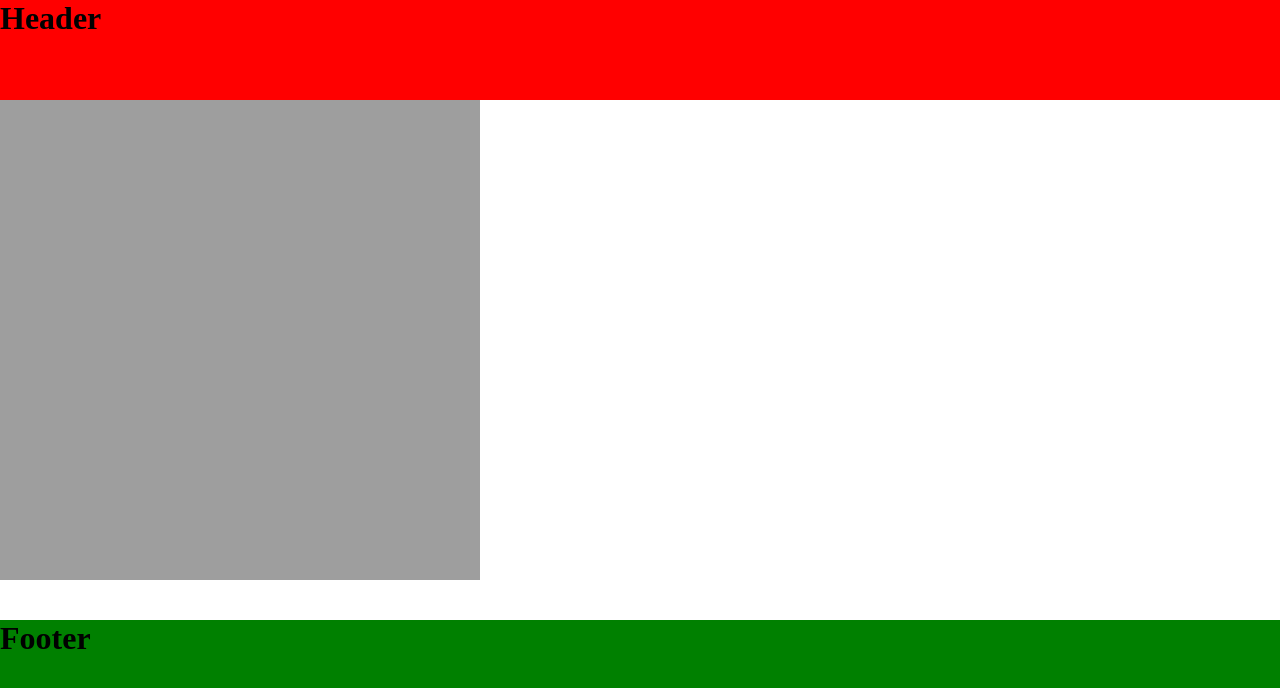
Repository: jameswilky/chess
Page: index.html
The author's editor kept a copy of each file at every save. The page is drawn from the files as they stood at one save, then again after the next save.
The browser window is 1280 px wide. The pictures show the whole page.

Above is the page before, as saved 2018-11-22 08:29:56.

### index.html
<!DOCTYPE html>
<html>

<head>
    <meta charset="utf-8" />
    <title>Chess</title>
    <link href="style.css" rel="stylesheet">
</head>

<body>

    <div class="wrapper">
        <header>
            <h1>Header</h1>

        </header>
    </div>
    <div class="main">
        <div class="game">
            <canvas id="board"></canvas>
            <canvas id="markers"></canvas>
            <canvas id="chessmen_layer"></canvas>
        </div>
    </div>
    <footer>
        <h1>Footer</h1>
    </footer>
    </div>





</body>

<script src="board.js"></script>
<script src="chessmen.js"></script>
<script src="mouse.js"></script>
<script src="game.js"></script>

</html>

### style.css
* {
  padding: 0;
  margin: 0;
}

.main{
 position: absolute;
 top: 100px;
 bottom: 100px;
}

.game{
  position: absolute;
  height: 480px;
  width: 480px;
}

#board {
  left : 0; z-index:0; position: absolute;
}

#markers {
  left : 0; z-index:0; position: absolute;
}

#chessmen_layer {
 left : 0; z-index:1; position: absolute;
}

header{
  position: absolute;
  background-color: red;
  top:0;
  right: 0;
  left: 0;
  height: 100px;
}

footer{
  position: fixed;
  right: 0;
  left: 0;
  background-color: green;
  height: 100px;
  bottom: 0;
}

### board.js
//Define globals
const WIDTH = 480;
const HEIGHT = 480;
const N = 8;
const TILE_SIZE = HEIGHT / N; // 60

//Define board canvas
const board = document.getElementById("board");
const board_ctx = board.getContext("2d");
board.height = HEIGHT;
board.width = WIDTH;
let primary_color = "#a87e2b";
let secondary_color = "#ffdf9e";

//Define marker layer
const markers = document.getElementById("markers");
const markers_ctx = markers.getContext("2d");
markers.height = HEIGHT;
markers.width = WIDTH;

//Define chessmen layer
const chessmen_layer = document.getElementById("chessmen_layer");
const chessmen_ctx = chessmen_layer.getContext("2d");
chessmen_layer.height = HEIGHT;
chessmen_layer.width = WIDTH;

//Used for drawing
function drawRect(ctx, x, y, color) {
  ctx.beginPath();
  ctx.rect(x, y, TILE_SIZE, TILE_SIZE);
  ctx.fillStyle = color;
  ctx.fill();
  ctx.closePath();
}

function initialize_board() {
  // Initialize graphical and logical board
  let i, j, x, y = 0;
  let prev_color;
  for (i = 0; i < N; i++) {
    y = TILE_SIZE * i;
    if (i % 2 == 0) { //If even, start with a black grid
      prev_color = secondary_color;
    }
    else { //If odd, start with a #ffcf7c grid
      prev_color = primary_color;
    }
    for (j = 0; j < N; j++) {
      x = TILE_SIZE * j;

      if (prev_color == primary_color) { //If last block black, make this block #ffcf7c
        prev_color = secondary_color;
      }
      else if (prev_color == secondary_color) { //If last block #ffcf7c, make this block black
        prev_color = primary_color;
      }
      drawRect(board_ctx, x, y, prev_color);

    }
  }
}

### chessmen.js
let chessmen = []; // Hold living chest piece objects

// Populate list of current chess pieces
function init_chessmen(items) {
  for (let id = 0; id < items.length; id++) {
    chessmen[id] = new Chessman(id, items[id].type, items[id].row, items[id].col, items[id].faction);
    chessmen[id].render(chessmen_ctx);
  }
}

//Chest piece constructor
function Chessman(id, type, row, col, faction) {
  this.name = type + "_" + faction + "_" + id;
  this.id = id;
  this.type = type;
  this.position = {
    logical: { col: col, row: row },
    graphical: { //calculate position of chest piece
      x: (col * TILE_SIZE), y: (row * TILE_SIZE)
    }
  }
  this.faction = faction;
  this.sprite = "/images/" + type + "_" + faction + ".png";
  this.options = []; // holds objects containing possible locations to move
  this.render = function () {
    //Draws the chest piece
    let img = new Image();
    let x = this.position.graphical.x;
    let y = this.position.graphical.y;
    console.log(x, y)

    img.onload = function () {
      //Loads when img.src is called
      chessmen_ctx.beginPath();
      chessmen_ctx.drawImage(img, x, y);
      chessmen_ctx.closePath();
    }
    img.src = this.sprite;
  }
  this.derender = function () {
    chessmen_ctx.beginPath();
    chessmen_ctx.clearRect(this.position.graphical.x, this.position.graphical.y, TILE_SIZE, TILE_SIZE);
    chessmen_ctx.closePath();
  }
  this.calculate_movement_options = function () {
    //This function is used to determine the coordinates of each possible move for a selected tile
    this.options = []; //clear last options
    let j = 0;
    let i = 0; //used to iterate through list of options
    //console.log(type, faction, row, col)
    let r = this.position.logical.row;
    let c = this.position.logical.col;

    let options = this.options;

    function check_tile(row, col, diag, isPawn) {
      //diag is an optional variable for pawn sideways movement logic
      diag = diag || false;
      isPawn = isPawn || false;

      //Checks the status of the board to see if the chessman can move to selected tile

      let option = {}; //edited, used to hold {faction:faction}
      //Check tile does not exceed bounds of the board
      if (row > 7 || row < 0 || col > 7 || col < 0) {
        return false;
      }

      //Check if target tile contains a chessman of same faction
      let isFriendly = false;
      let isEnemy = false;

      chessmen.forEach(chessman => {
        if (chessman.position.logical.row == row && chessman.position.logical.col == col) { //Check if position is occupied
          if (chessman.faction == faction) {
            isFriendly = true;
          }
          else { //tile is occupied by enemy
            isEnemy = true;
          }
          option.contains = chessman;
        }
      })

      //pawn logic
      if (diag && isEnemy) {
        option.row = row;
        option.col = col;
        options[i] = option;
        i++;
      }
      if (diag && !isEnemy) {
        return
      }

      //if tile does not contain friendly chessmen, or if its an enemy create new option
      if (!isFriendly || isEnemy) {
        option.row = row;
        option.col = col;
        options[i] = option;
        i++;
      }
      return isFriendly || isEnemy;

    }

    if (this.type == "pawn") {
      if (this.faction == "black") {
        check_tile(r + 1, c);//south
        check_tile(r + 1, c + 1, true) // south East
        check_tile(r + 1, c - 1, true) //south West
        if (this.nMoves == 0) {
          check_tile(r + 2, c); //Extra move on first turn
        }
      }
      if (this.faction == "white") {
        check_tile(r - 1, c); //north
        check_tile(r - 1, c + 1, true) // North East
        check_tile(r - 1, c - 1, true) //North West
        if (this.nMoves == 0) {
          check_tile(r - 2, c); //Extra move on first turn
        }
      }
    }
    if (this.type == "rook") {
      for (j = 0; j < N; j++) {// South
        if (check_tile(r + j + 1, c) == true) break
      }
      for (j = 0; j < N; j++) {// East
        if (check_tile(r, c + j + 1) == true) break
      }
      for (j = 0; j < N; j++) {// North
        if (check_tile(r - j - 1, c) == true) break
      }
      for (j = 0; j < N; j++) {// West
        if (check_tile(r, c - j - 1) == true) break
      }
    }
    if (this.type == "bishop") {
      for (j = 0; j < N; j++) { // South East
        if (check_tile(r + 1 + j, c + 1 + j) == true) break
      }
      for (j = 0; j < N; j++) { // South West
        if (check_tile(r + 1 + j, c - 1 - j) == true) break
      }
      for (j = 0; j < N; j++) { // North East
        if (check_tile(r - 1 - j, c + 1 + j) == true) break
      }
      for (j = 0; j < N; j++) { // North west
        if (check_tile(r - 1 - j, c - 1 - j) == true) break
      }
    }
    if (this.type == "queen") {
      for (j = 0; j < N; j++) { // South East
        if (check_tile(r + 1 + j, c + 1 + j) == true) break
      }
      for (j = 0; j < N; j++) { // South West
        if (check_tile(r + 1 + j, c - 1 - j) == true) break
      }
      for (j = 0; j < N; j++) { // North East
        if (check_tile(r - 1 - j, c + 1 + j) == true) break
      }
      for (j = 0; j < N; j++) { // North west
        if (check_tile(r - 1 - j, c - 1 - j) == true) break
      }
      for (j = 0; j < N; j++) {// South
        if (check_tile(r + j + 1, c) == true) break
      }
      for (j = 0; j < N; j++) {// East
        if (check_tile(r, c + j + 1) == true) break
      }
      for (j = 0; j < N; j++) {// North
        if (check_tile(r - j - 1, c) == true) break
      }
      for (j = 0; j < N; j++) {// West
        if (check_tile(r, c - j - 1) == true) break
      }
    }
    if (this.type == "king") {
      check_tile(r + 1, c + 1) //South East
      check_tile(r + 1, c - 1) //South West
      check_tile(r - 1, c + 1) // North East
      check_tile(r - 1, c - 1) //North West
      check_tile(r + 1, c) //south
      check_tile(r, c + 1) //east
      check_tile(r - 1, c) //north
      check_tile(r, c - 1) //west

    }
    if (this.type == "knight") {
      // Check each tile in clockwise order
      check_tile(r - 2, c + 1)
      check_tile(r - 1, c + 2)
      check_tile(r + 1, c + 2)
      check_tile(r + 2, c + 1)
      check_tile(r + 2, c - 1)
      check_tile(r + 1, c - 2)
      check_tile(r - 1, c - 2)
      check_tile(r - 2, c - 1)
    }

    //return array of options containing locations to highlight

  }
  this.show_movement_options = function () {
    this.options.forEach(option => {
      //Represent each available movement option with a highlighted tile
      drawRect(markers_ctx, (option.col * TILE_SIZE), (option.row * TILE_SIZE), "#635e55");
    })
  }
  this.hover = false;
  this.isKing = false;
  if (this.type == "king") {
    this.isKing = true;
  }

  this.nMoves = 0;
  this.points;
  if (this.type == "king") {
    this.points = 10;
  }
  if (this.type == "queen") {
    this.points = 9;
  }
  if (this.type == "bishop") {
    this.points = 3;
  }
  if (this.type == "knight") {
    this.points = 3;
  }
  if (this.type == "rook") {
    this.points = 5;
  }
  if (this.type == "pawn") {
    this.points = 1;
  }

  //Update graphical and logical position
  this.moveTo = function (col, row) {


    function moveIsValid(r1, r2, c1, c2, options) {
      let valid = false;

      if ((r1 == r2) && (c1 == c2)) {
        // if logical position is the same, no move was made
        valid = false;
      }
      options.forEach(option => {
        if (option.row == r2 && option.col == c2) {
          //todo check faction
          valid = true;
        }
      })
      return valid
    }

    if (moveIsValid(this.position.logical.row, row, this.position.logical.col, col, this.options)) {
      //If valid, Check if enemy chessman has been killed
      //check if desination contains an enemy
      let target = chessmen.find(chessman => {
        return (chessman.position.logical.row == row && chessman.position.logical.col == col)
      })

      // then render at new position and update logical position
      //console.log("Changed position of", chessman, "from row:", chessman.position.logical.row, " col:", chessman.position.logical.col, " to row:", row, "col:", col)

      this.derender(); //De render previous position
      this.position.logical.col = col;
      this.position.logical.row = row;
      this.position.graphical.x = this.position.logical.col * TILE_SIZE;
      this.position.graphical.y = this.position.logical.row * TILE_SIZE;
      this.derender(); //remove any chess pieces
      this.render();

      //If destination contains emeny, remove it from list of active chessmen
      if (target) {
        chessmen.splice(chessmen.indexOf(target), 1);
      }

      this.nMoves++; //used to testing if pawn is moved
      // // trigger movement event
      let event = new CustomEvent('moved');
      document.dispatchEvent(event);
    }
    else {
      //re-render original position
      this.render();
    }
  }
}

// Update location of chest pieces
function render_markers() {
  //Clear all markers
  markers_ctx.clearRect(0, 0, HEIGHT, WIDTH);

  //find chessman that matches mouse location and show movement markers
  chessmen.forEach(chessman => {
    if (chessman.hover == true) {
      chessman.show_movement_options();
    }
  });


}

### mouse.js
let dragging = false;
let selector = document.createElement("img");
;

selector.ondragstart = function () {
  return false;
};

//Compare two row/col coordinates
function coordsMatch(coord, piece) {
  let xmin = piece.x;
  let xmax = piece.x + TILE_SIZE;

  let ymin = piece.y;
  let ymax = piece.y + TILE_SIZE;

  if (
    (coord.x >= xmin) &&
    (coord.x < xmax) &&
    (coord.y >= ymin) &&
    (coord.y < ymax)
  ) {
    return true
  }
}

//Listen for when we hover over a chest piece, then draw the movement options
chessmen_layer.addEventListener('mousemove', (e) => {
  if (dragging == false) {
    let pos = {
      x: e.clientX,
      y: e.clientY
    };
    //Check all chessmen and check if clicked location matches a chessman location
    chessmen.forEach(chessman => {
      if (coordsMatch(pos, chessman.position.graphical)) {
        //If true, select that chessman
        chessman.hover = true;
      }
      else {
        //Otherwise, that chessman was not selected
        chessman.hover = false;
      }
    })
    render_markers();
  }
})

//Click and drag chessmen
chessmen_layer.addEventListener('mousedown', (e) => {

  dragging = true; //stop markers rendering while dragging pieces
  let pos = {
    x: e.clientX,
    y: e.clientY
  }
  //Check all chessmen and check if clicked location matches a chessman location
  chessmen.forEach(chessman => {
    if (coordsMatch(pos, chessman.position.graphical)) {
      if (chessman.faction == "black") {
        dragging = false;
        return
      }
      //If true, derender chessman from chessman_layer, and redraw on selector layer
      chessman.derender();

      //draw selector
      selector.style.position = 'absolute';
      selector.src = chessman.sprite;
      selector.id = 'selector';
      document.body.append(selector);

      //center selector at mouse locaiton
      moveAt(pos.x, pos.y);

      function moveAt(x, y) {
        selector.style.left = x - TILE_SIZE / 2 + 'px';
        selector.style.top = y - TILE_SIZE / 2 + 'px';
      }

      function onMouseMove(moveEvent) {
        moveAt(moveEvent.clientX, moveEvent.clientY);
      }

      // selector will follow mouse on movement
      document.addEventListener('mousemove', onMouseMove);


      // drop the selector, remove unneeded handlers
      chessmen_layer.onmouseup = function (upevent) {
        document.removeEventListener('mousemove', onMouseMove);

        //clear selector
        selector.src = ""
        // console.log("before", document.getElementById('selector'))
        // document.body.removeChild(document.getElementById('selector'))
        // console.log("after", document.getElementById('selector'))

        //convert mouse pos to a row/col logical value
        let dest = {
          x: Math.trunc(upevent.clientX / TILE_SIZE),
          y: Math.trunc(upevent.clientY / TILE_SIZE)
        }

        //console.log("Event 1")
        dragging = false; // allow marker rendering to continue
        chessmen_layer.onmouseup = null;
        //Update chessman logical location and snap to grid
        chessman.moveTo(dest.x, dest.y)
      };
    }
  })
})

### game.js
//Initialize default locations
let default_locations = [
  { tile: 0, type: "rook", row: 0, col: 0, faction: "black" },
  { tile: 1, type: "knight", row: 0, col: 1, faction: "black" },
  { tile: 2, type: "bishop", row: 0, col: 2, faction: "black" },
  { tile: 3, type: "king", row: 0, col: 3, faction: "black" },
  { tile: 4, type: "queen", row: 0, col: 4, faction: "black" },
  { tile: 5, type: "bishop", row: 0, col: 5, faction: "black" },
  { tile: 6, type: "knight", row: 0, col: 6, faction: "black" },
  { tile: 7, type: "rook", row: 0, col: 7, faction: "black" },
  { tile: 8, type: "pawn", row: 1, col: 0, faction: "black" },
  { tile: 9, type: "pawn", row: 1, col: 1, faction: "black" },
  { tile: 10, type: "pawn", row: 1, col: 2, faction: "black" },
  { tile: 11, type: "pawn", row: 1, col: 3, faction: "black" },
  { tile: 12, type: "pawn", row: 1, col: 4, faction: "black" },
  { tile: 13, type: "pawn", row: 1, col: 5, faction: "black" },
  { tile: 14, type: "pawn", row: 1, col: 6, faction: "black" },
  { tile: 15, type: "pawn", row: 1, col: 7, faction: "black" },

  { tile: 48, type: "pawn", row: 6, col: 0, faction: "white" },
  { tile: 49, type: "pawn", row: 6, col: 1, faction: "white" },
  { tile: 50, type: "pawn", row: 6, col: 2, faction: "white" },
  { tile: 51, type: "pawn", row: 6, col: 3, faction: "white" },
  { tile: 52, type: "pawn", row: 6, col: 4, faction: "white" },
  { tile: 53, type: "pawn", row: 6, col: 5, faction: "white" },
  { tile: 54, type: "pawn", row: 6, col: 6, faction: "white" },
  { tile: 55, type: "pawn", row: 6, col: 7, faction: "white" },
  { tile: 56, type: "rook", row: 7, col: 0, faction: "white" },
  { tile: 57, type: "knight", row: 7, col: 1, faction: "white" },
  { tile: 58, type: "bishop", row: 7, col: 2, faction: "white" },
  { tile: 59, type: "king", row: 7, col: 3, faction: "white" },
  { tile: 60, type: "queen", row: 7, col: 4, faction: "white" },
  { tile: 61, type: "bishop", row: 7, col: 5, faction: "white" },
  { tile: 62, type: "knight", row: 7, col: 6, faction: "white" },
  { tile: 63, type: "rook", row: 7, col: 7, faction: "white" },

]

let turn = 0;
let IsWhiteTurn = false;
let IsBlackTurn = false;
let game = true;
let AIOptions = [];


function set_turn() {
  if (turn % 2 == 0) {
    IsWhiteTurn = true;
    IsBlackTurn = false;
    //console.log("White players turn")
  }
  else {
    IsBlackTurn = true;
    IsWhiteTurn = false;
    //console.log("Black players turn")
  }
  turn += 1;
}

function determineAIOptions() {
  let AIOptions = [];
  let i = 0;
  chessmen.forEach(chessman => {
    if (chessman.faction == 'black') {
      chessman.options.forEach(option => {
        let AIOption = {}; //dereference object
        AIOption.row = option.row;
        AIOption.col = option.col;
        if (option.contains) {
          AIOption.points = option.contains.points;
        }
        AIOption.chessman = chessman;
        AIOptions[i] = AIOption;
        i++;
      })
    }
  })
  return AIOptions;

}

function AIMove(options) {
  let max = 0;
  let choice = {};
  options.forEach(option => {
    if (option.points) {
      if (option.points > max) {
        max = option.points;
        choice = option;
      }
    }
  })
  if (max == 0) {
    choice = options[Math.floor(Math.random() * options.length)];  //Return a random choice
  }
  choice.chessman.moveTo(choice.col, choice.row)
  //calculate AI
}


//Set up board
initialize_board();
init_chessmen(default_locations);
chessmen.forEach(chessman => {
  chessman.calculate_movement_options();
})
set_turn();
function checkKing() {
  let kings = chessmen.filter(chessman => chessman.isKing == true)
  if (kings.length == 1) {
    alert(kings[0].faction + " Wins!!!")
  }
}

// Listen for movement
document.addEventListener('moved', function (event) {
  //check if king died last turn;
  checkKing();
  set_turn();
  //Calculate new movement positiifons
  chessmen.forEach(chessman => {
    chessman.calculate_movement_options();
  })

  if (IsBlackTurn) {
    //Run black turn AI
    chessmen.forEach(chessman => {
      chessman.calculate_movement_options(); //assign new options
    })
    AIOptions = determineAIOptions();
    AIMove(AIOptions);
  }
}, false);

After the next save:
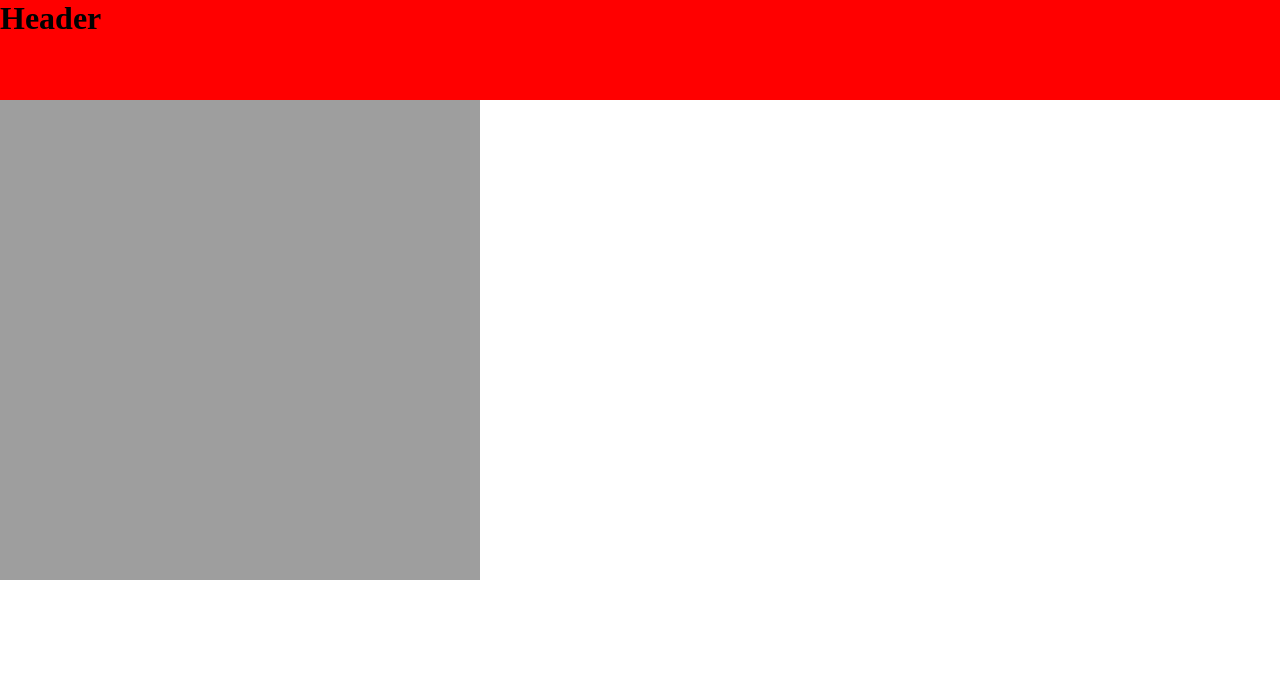
Saved 14 s later.
--- a/style.css
+++ b/style.css
@@ -37,7 +37,7 @@
 }
 
 footer{
-  position: fixed;
+  z-index: 10;
   right: 0;
   left: 0;
   background-color: green;

After the 4 saves that followed:
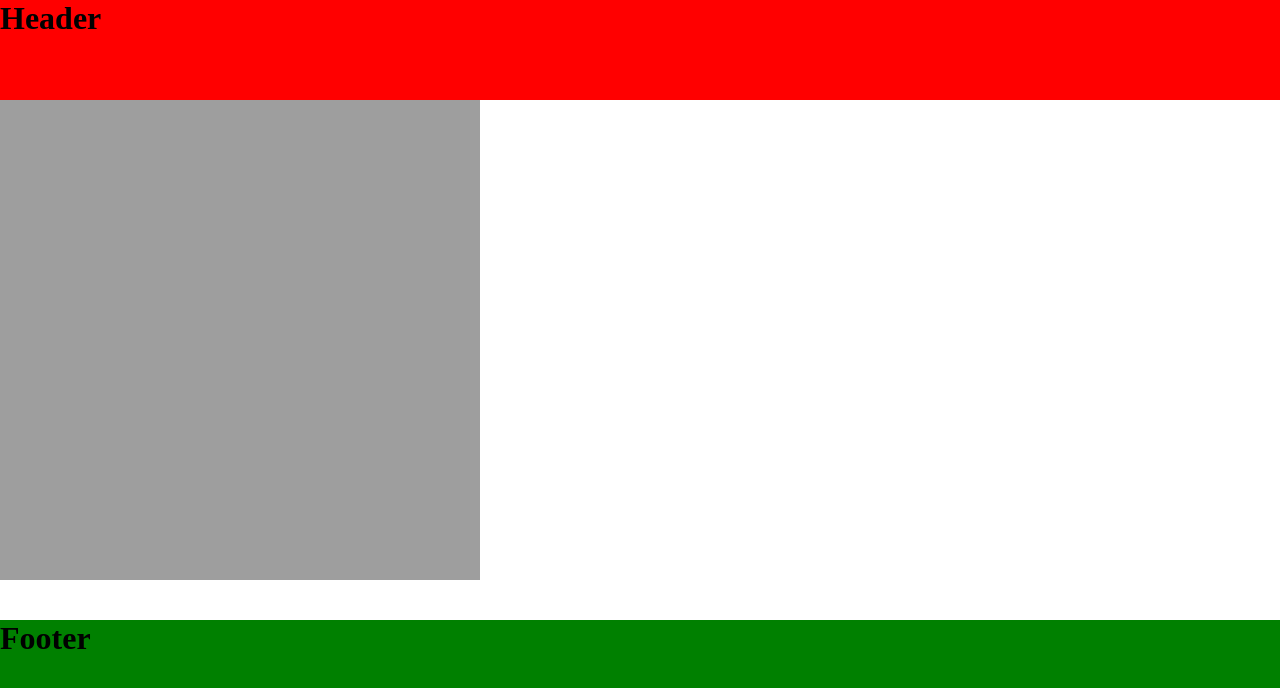
The 4 saves are shown as one change because 1 left the picture as it was and some came seconds apart.
The last was saved 25 s later.
--- a/style.css
+++ b/style.css
@@ -37,7 +37,7 @@
 }
 
 footer{
-  z-index: 10;
+  position: absolute;
   right: 0;
   left: 0;
   background-color: green;
